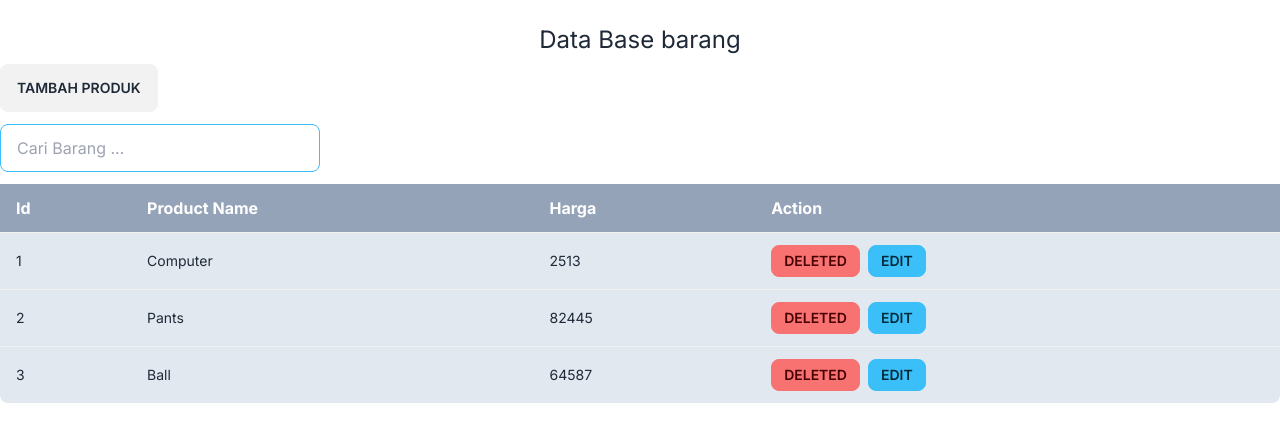
Repository: KilluaProject/Database-item
Page: /
The author's editor kept a copy of each file at every save. The page is drawn from the files as they stood at one save, then again after the next save.
The browser window is 1280 px wide. The pictures show the whole page.
The project was rebuilt for these pictures with package versions that can differ from the ones it lists, and the page was loaded fresh each time. The framework's server and built-in components were replaced by stand-ins that run in the browser. Requests to the local data server were answered from the project's data file. Also part of the build but not shown: next.config.js.

Above is the page before, as saved 2023-07-08 18:55:56.

After the next save:
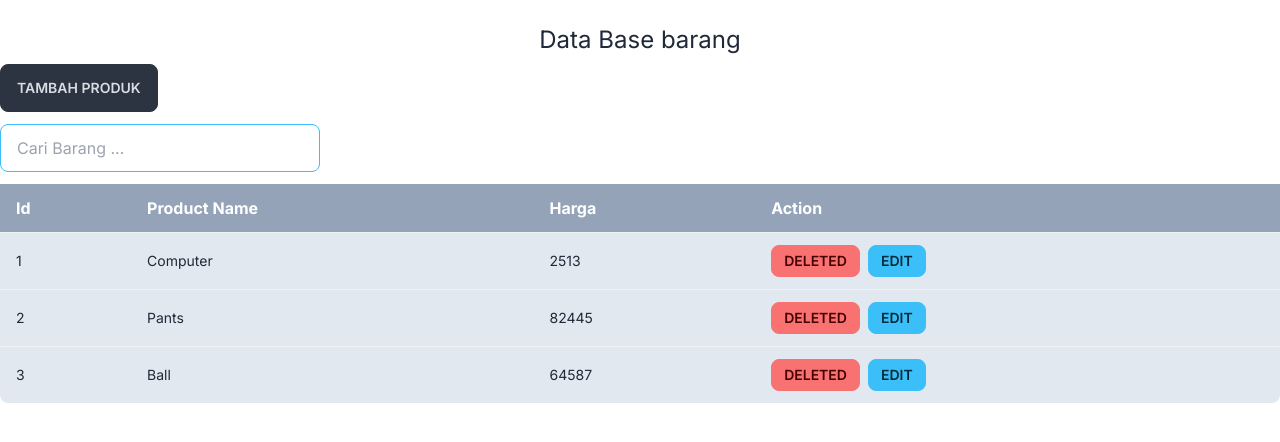
Saved 2 min 0 s later.
--- a/app/components/AddProduk.jsx
+++ b/app/components/AddProduk.jsx
@@ -42,7 +42,7 @@ export default function AddProduk() {
 
   return (
     <div>
-        <button className="btn" onClick={handleChange}>Tambah Produk</button>
+        <button className="btn btn-neutral" onClick={handleChange}>Tambah Produk</button>
         <input type="checkbox" checked={modal} onChange={handleChange} className="modal-toggle" />
 
         <div className="modal">
